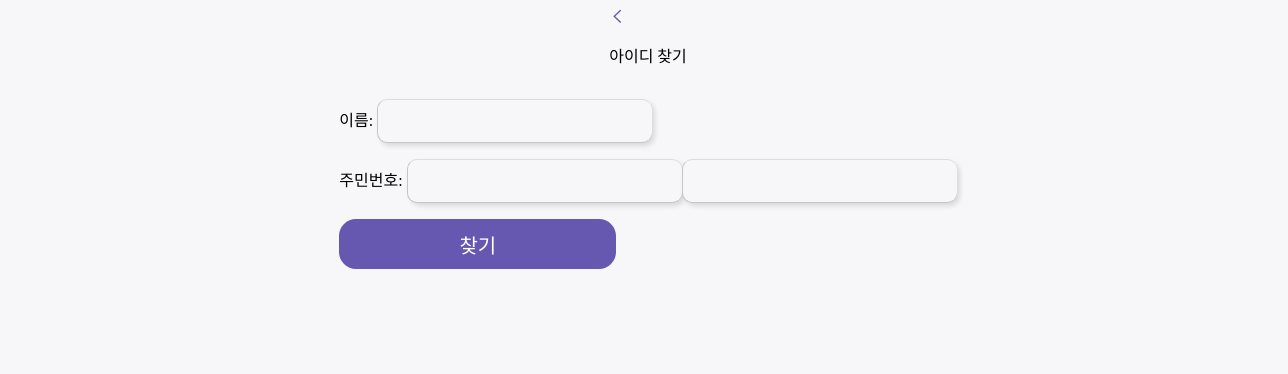
Repository: PEPI-dev/UI
Page: find_id_pw/findId.html
These files come from the project's save history. The page is drawn as it stood at one moment and after the next save; the edit follows.
The browser window is 1280 px wide. The page is 1288 px wide, so the pictures cover 1288 px, including what lies to the right of the window. The pictures show the whole page.
Some web fonts or font styles are not loaded; a fallback is used.

Above is the page before, as saved 2023-12-05 13:25:48.

### find_id_pw/findId.html
<!DOCTYPE html>
<html lang="en">
<head>
    <meta charset="UTF-8">
    <meta name="viewport" content="width=device-width, initial-scale=1.0">
    <title>아이디 찾기</title>
    <link rel="stylesheet" href="./findId.css">
    <link rel ="stylesheet" type="text/css" href="../a_XEIcon-2.2.0/xeicon.min.css">
</head>
<body>

    <div id="div_back"><i class="xi-angle-left" id="back"></i><p id="txt_login">아이디 찾기</p></div>

    <div id="container">
        <form action="#">
            <p>이름: <input class="field" type="text"></p>
            <p>주민번호: <input class="field" id="rrn1" type="text"><input class="field" id="rrn2" type="password"></p>
            <p><button class="search">찾기</button></p>
        </form>
    </div>

    <script>
        // 이전 페이지로 돌아가기
        function backPage(){
            window.history.back()
        }
    </script>
</body>
</html>

### find_id_pw/findid.css
@font-face {
    font-family: 'main_font';
    src: url(../a_font/NotoSansKR-VariableFont_wght.ttf);
    font-weight: 500;
}

@font-face {
    font-family: 'sub_font';
    src: url(../a_font/SEBANG/SEBANG\ Gothic.ttf);
}

/* 바디 */
body {
    height: 100%;
    width: 100%;
    background-color: #F7F7F9;
    display: flex;
    flex-direction: column;
    align-items: center;
}

/* 뒤로가기 버튼 */
.xi-angle-left {
    color: #6658B1;
}

.field {
    width: 270px;
    height: 40px;
    border-radius: 10px;
    box-shadow: 3px 3px 5px rgba(0, 0, 0, 0.12);
    background-color: #F7F7F9;
    border-width: 0;
    outline: none;
    border: none;
    border-top: 0.2px solid rgba(0, 0, 0, 0.1);
    border-left: 0.5px solid rgba(0, 0, 0, 0.2);
    border-bottom: 0.5px solid rgba(0, 0, 0, 0.2);
}

.search {
    background-color: #6658B1;
    color: white;
    border: 1px solid #E1E1E1;
    font-family: 'main_font';
    font-size: 20px;
    font-weight: 500;
    border-radius: 17px;
    border: 0px;
    width: 277px;
    height: 50px;
}

@media screen and (max-width: 360px) {

    /* 뒤로가기 버튼 */
    #div_back {
        display: flex;
        align-items: center;
        justify-content: flex-start;
        margin-bottom: auto;
        margin-top: 35px;
        width: 100%;
        margin-left: 30px;
    }


    /* 입력폼 */
    form {
        display: flex;
        flex-direction: column;
        align-items: center;
        justify-content: flex-end;
        height: 50vh;

    }

    .search {
        width: 250px;
        height: 50px;
        margin-right: 20px;
    }

    #rrn1,#rrn2{
        width: 145.5px;
    }


    .input_form {
        display: flex;
        flex-direction: column;
        align-items: flex-start;
        width: 291px;
        margin-bottom: 20px;
    }
}

Loaded but not shown: a_XEIcon-2.2.0/xeicon.min.css (library)

After the next save:
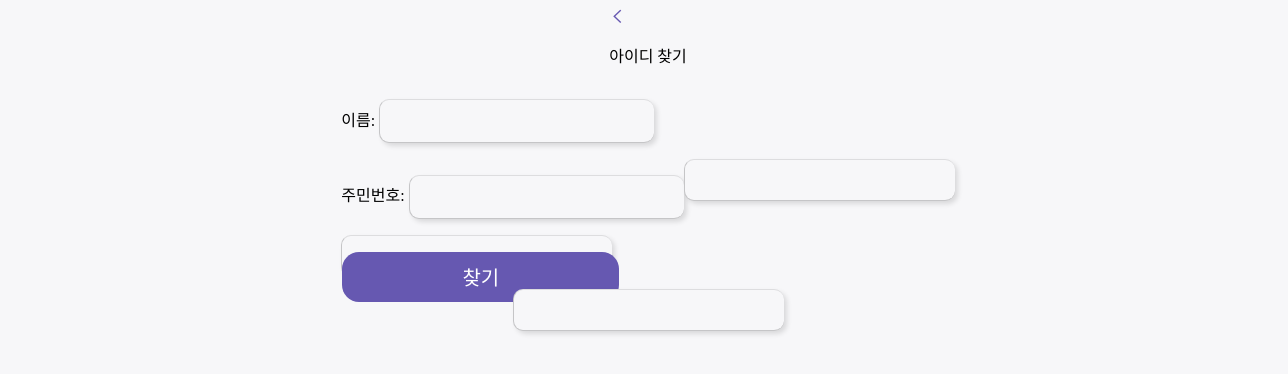
Saved 56 s later.
--- a/find_id_pw/findId.html
+++ b/find_id_pw/findId.html
@@ -14,7 +14,7 @@
     <div id="container">
         <form action="#">
             <p>이름: <input class="field" type="text"></p>
-            <p>주민번호: <input class="field" id="rrn1" type="text"><input class="field" id="rrn2" type="password"></p>
+            <p>주민번호: <input class="field" id="rrn1" type="text"><i <input class="field" id="rrn2" type="password"></p>
             <p><button class="search">찾기</button></p>
         </form>
     </div>
